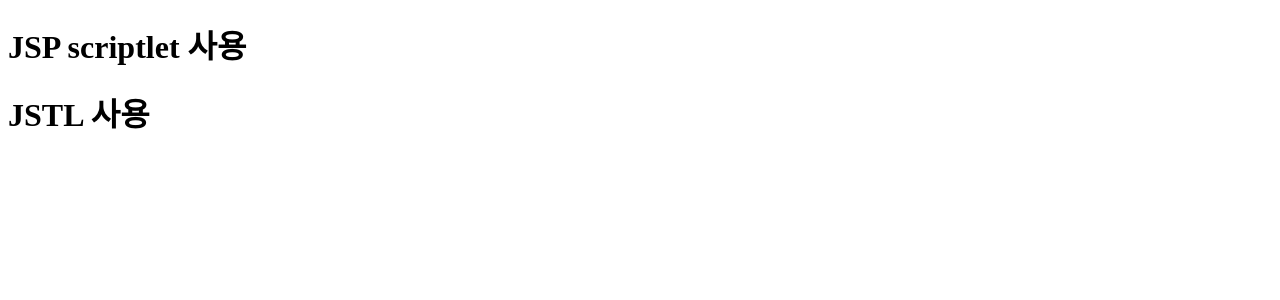
Repository: ljh5973/labweb
Page: http://localhost/JSP04/03_forEach.jsp
An editor plug-in stored every save of this project. The page is shown before and after the next save, followed by the edit.
The browser window is 1280 px wide. The pictures show the whole page.
The page is served by Tomcat 9. Other server files are loaded and not shown.

Above is the page before, as saved 2022-01-11 05:09:45.

### JSP04/webapp/03_forEach.jsp
<%@ page language="java" contentType="text/html; charset=UTF-8"
    pageEncoding="UTF-8"%>
<%@ page trimDirectiveWhitespaces="true"%>
<!DOCTYPE html>
<html>
	<head>
		<meta charset="UTF-8">
		<title>JSTL</title>
	</head>
	<body>

	<h1>JSP scriptlet 사용</h1>


	<h1>JSTL 사용</h1>
	</body>
</html>

After the next save:
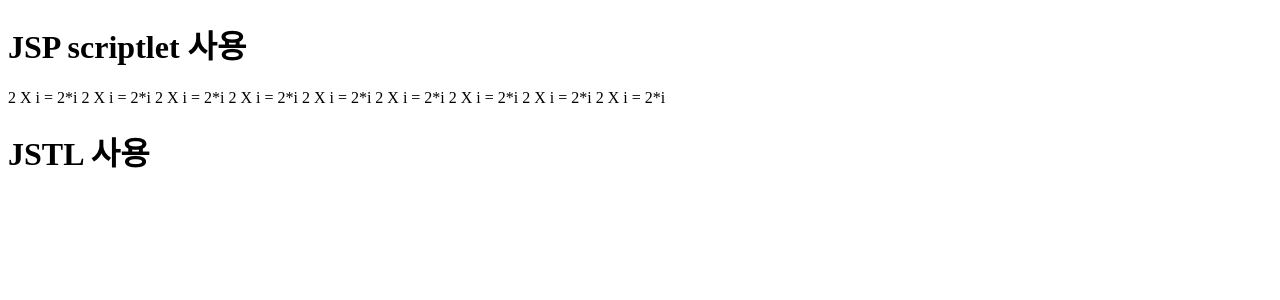
Saved 62 s later.
--- a/JSP04/webapp/03_forEach.jsp
+++ b/JSP04/webapp/03_forEach.jsp
@@ -11,7 +11,10 @@
 
 	<h1>JSP scriptlet 사용</h1>
 
+	<% for(int i=1; i<10; i++){ %>
+	 2 X i = 2*i
 
+	<%} %>
 	<h1>JSTL 사용</h1>
 	</body>
 </html>
